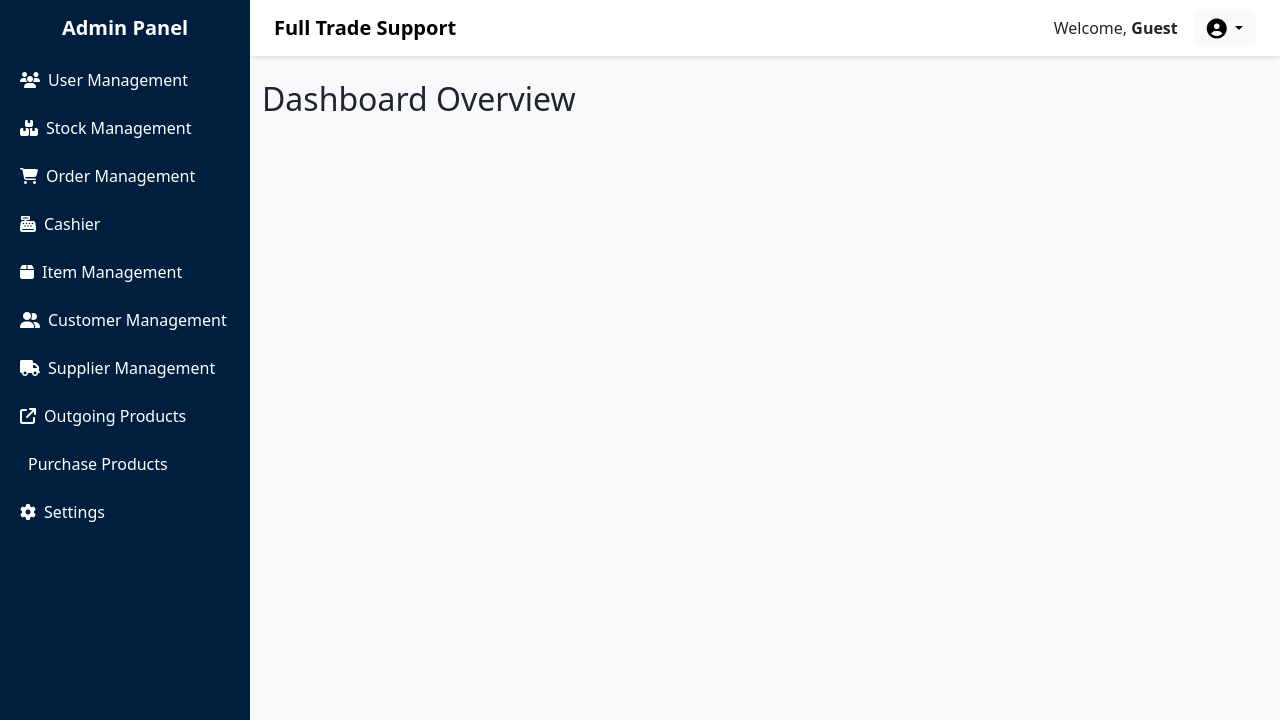
Repository: LakviduUpasara/onlineSparePartsManagementSystem
Page: http://localhost/Spare_parts_Management_Systems/Nav.jsp
The author's editor kept a copy of each file at every save. The page is drawn from the files as they stood at one save, then again after the next save.
The browser window is 1280 px wide. The pictures show the whole page.
The page is served by Tomcat 9. Other server files are loaded and not shown.

Above is the page before, as saved 2025-05-13 19:04:09.

### Project/Project/Spare_parts_Management_Systems/src/main/webapp/Nav.jsp
<!DOCTYPE html>
<html lang="en">
<head>
  <meta charset="UTF-8">
  <title>Full Trade Support Dashboard</title>
  <link href="https://cdn.jsdelivr.net/npm/bootstrap@5.3.2/dist/css/bootstrap.min.css" rel="stylesheet">
  <link href="https://cdnjs.cloudflare.com/ajax/libs/font-awesome/6.5.0/css/all.min.css" rel="stylesheet">
  <style>
    body {
      display: flex;
      min-height: 100vh;
      overflow-x: hidden;
    }
    .sidebar {
      width: 250px;
      background-color: #001f3f;
      color: #fff;
      flex-shrink: 0;
      padding-top: 1rem;
    }
    .sidebar a {
      display: block;
      padding: 12px 20px;
      color: #fff;
      text-decoration: none;
      transition: background 0.3s;
    }
    .sidebar a:hover {
      background-color: #003366;
    }
    .sidebar h5 {
      text-align: center;
      margin-bottom: 1rem;
      font-weight: bold;
    }
    .main-content {
      flex-grow: 1;
      background: #f8f9fa;
    }
    .navbar {
      background-color: #ffffff;
      box-shadow: 0 2px 4px rgba(0,0,0,0.1);
    }
  </style>
</head>
<body>

  <!-- Sidebar -->
  <div class="sidebar">
    <h5>Admin Panel</h5>
    <a href="GetAllServlet"><i class="fas fa-users me-2"></i>User Management</a>
    <a href="#"><i class="fas fa-boxes me-2"></i>Stock Management</a>
    <a href="#"><i class="fas fa-shopping-cart me-2"></i>Order Management</a>
    <a href="#"><i class="fas fa-cash-register me-2"></i>Cashier</a>
    <a href="#"><i class="fas fa-box me-2"></i>Item Management</a>
    <a href="#"><i class="fas fa-user-friends me-2"></i>Customer Management</a>
    <a href="supplier-list"><i class="fas fa-truck me-2"></i>Supplier Management</a>
    <a href="#"><i class="fas fa-arrow-up-right-from-square me-2"></i>Outgoing Products</a>
    <a href="#"><i class="fas fa-arrow-down-to-line me-2"></i>Purchase Products</a>
    <a href="#" data-bs-toggle="collapse" data-bs-target="#settingsMenu"><i class="fas fa-gear me-2"></i>Settings</a>
    <div class="collapse ms-3" id="settingsMenu">
      <a href="profile.jsp" class="d-block mt-1"><i class="fas fa-id-badge me-2"></i>Profile Settings</a>
      <a href="#" class="d-block mt-1"><i class="fas fa-lock me-2"></i>Change Password</a>
      <a href="#" class="d-block mt-1"><i class="fas fa-sliders-h me-2"></i>System Preferences</a>
    </div>
  </div>

  <!-- Main Content -->
  <div class="main-content w-100">
    <nav class="navbar navbar-expand-lg navbar-light px-4">
      <a class="navbar-brand fw-bold" href="#">Full Trade Support</a>
      <div class="ms-auto d-flex align-items-center">
        <!-- Show user name from session -->
        <span class="me-3">
          Welcome, <strong><%= session.getAttribute("userName") != null ? session.getAttribute("userName") : "Guest" %></strong>
        </span>
        <div class="dropdown">
          <a class="btn btn-light dropdown-toggle" href="#" role="button" data-bs-toggle="dropdown">
            <i class="fas fa-user-circle fa-lg"></i>
          </a>
          <ul class="dropdown-menu dropdown-menu-end">
            <li><a class="dropdown-item" href="profile.jsp"><i class="fas fa-id-badge me-2"></i>Profile</a></li>
            <li><a class="dropdown-item" href="#"><i class="fas fa-cogs me-2"></i>Settings</a></li>
            <li><hr class="dropdown-divider"></li>
            <li><a class="dropdown-item text-danger" href="logout.jsp"><i class="fas fa-sign-out-alt me-2"></i>Logout</a></li>
          </ul>
        </div>
      </div>
    </nav>

    <!-- Page content -->
    <div class="container mt-4">
      <h2>Dashboard Overview</h2>
      <!-- Add dashboard content here -->
    </div>
  </div>

  <script src="https://cdn.jsdelivr.net/npm/bootstrap@5.3.2/dist/js/bootstrap.bundle.min.js"></script>
</body>
</html>

After the next save:
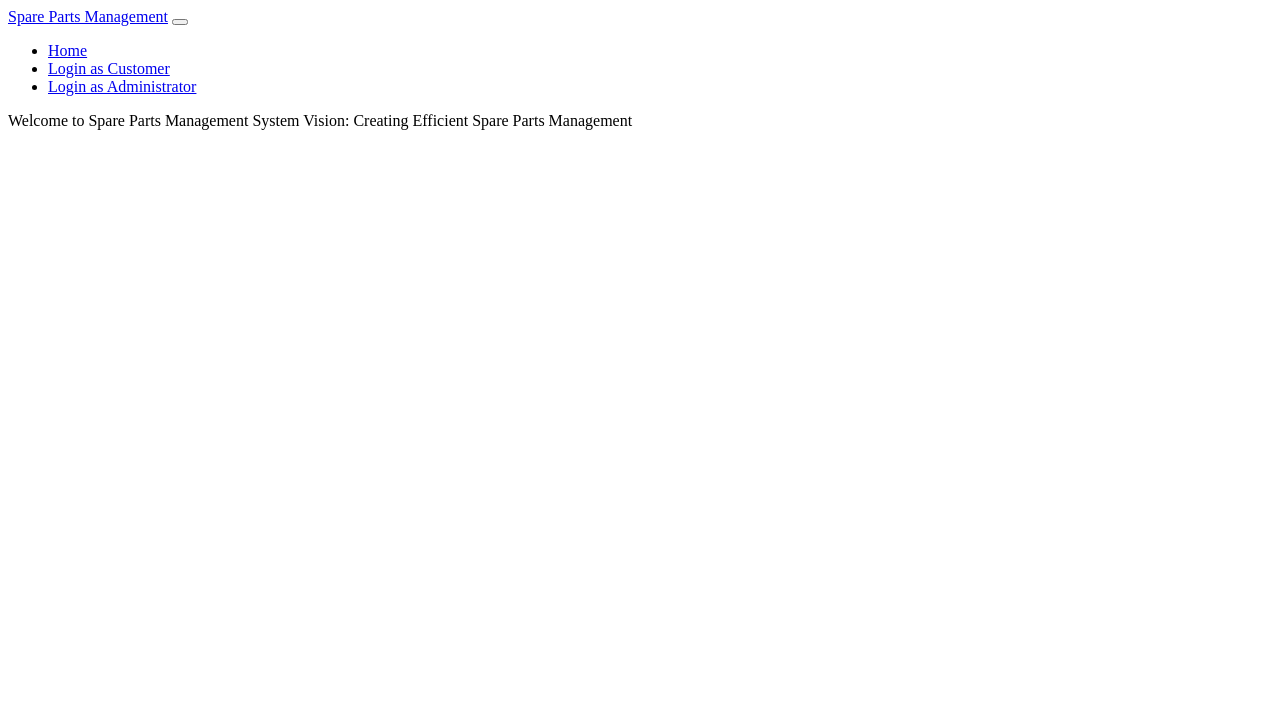
Saved 7 min 26 s later.
--- a/Project/Project/Spare_parts_Management_Systems/src/main/webapp/Nav.jsp
+++ b/Project/Project/Spare_parts_Management_Systems/src/main/webapp/Nav.jsp
@@ -1,100 +1,27 @@
-<!DOCTYPE html>
-<html lang="en">
-<head>
-  <meta charset="UTF-8">
-  <title>Full Trade Support Dashboard</title>
-  <link href="https://cdn.jsdelivr.net/npm/bootstrap@5.3.2/dist/css/bootstrap.min.css" rel="stylesheet">
-  <link href="https://cdnjs.cloudflare.com/ajax/libs/font-awesome/6.5.0/css/all.min.css" rel="stylesheet">
-  <style>
-    body {
-      display: flex;
-      min-height: 100vh;
-      overflow-x: hidden;
-    }
-    .sidebar {
-      width: 250px;
-      background-color: #001f3f;
-      color: #fff;
-      flex-shrink: 0;
-      padding-top: 1rem;
-    }
-    .sidebar a {
-      display: block;
-      padding: 12px 20px;
-      color: #fff;
-      text-decoration: none;
-      transition: background 0.3s;
-    }
-    .sidebar a:hover {
-      background-color: #003366;
-    }
-    .sidebar h5 {
-      text-align: center;
-      margin-bottom: 1rem;
-      font-weight: bold;
-    }
-    .main-content {
-      flex-grow: 1;
-      background: #f8f9fa;
-    }
-    .navbar {
-      background-color: #ffffff;
-      box-shadow: 0 2px 4px rgba(0,0,0,0.1);
-    }
-  </style>
-</head>
-<body>
+<!-- Nav.jsp (Only include the navigation bar HTML) -->
+<nav class="navbar navbar-expand-lg navbar-light bg-light shadow-sm px-4">
+  <a class="navbar-brand fw-bold text-primary" href="#">Spare Parts Management</a>
+  <button class="navbar-toggler" type="button" data-bs-toggle="collapse" data-bs-target="#navbarNav">
+    <span class="navbar-toggler-icon"></span>
+  </button>
 
-  <!-- Sidebar -->
-  <div class="sidebar">
-    <h5>Admin Panel</h5>
-    <a href="GetAllServlet"><i class="fas fa-users me-2"></i>User Management</a>
-    <a href="#"><i class="fas fa-boxes me-2"></i>Stock Management</a>
-    <a href="#"><i class="fas fa-shopping-cart me-2"></i>Order Management</a>
-    <a href="#"><i class="fas fa-cash-register me-2"></i>Cashier</a>
-    <a href="#"><i class="fas fa-box me-2"></i>Item Management</a>
-    <a href="#"><i class="fas fa-user-friends me-2"></i>Customer Management</a>
-    <a href="supplier-list"><i class="fas fa-truck me-2"></i>Supplier Management</a>
-    <a href="#"><i class="fas fa-arrow-up-right-from-square me-2"></i>Outgoing Products</a>
-    <a href="#"><i class="fas fa-arrow-down-to-line me-2"></i>Purchase Products</a>
-    <a href="#" data-bs-toggle="collapse" data-bs-target="#settingsMenu"><i class="fas fa-gear me-2"></i>Settings</a>
-    <div class="collapse ms-3" id="settingsMenu">
-      <a href="profile.jsp" class="d-block mt-1"><i class="fas fa-id-badge me-2"></i>Profile Settings</a>
-      <a href="#" class="d-block mt-1"><i class="fas fa-lock me-2"></i>Change Password</a>
-      <a href="#" class="d-block mt-1"><i class="fas fa-sliders-h me-2"></i>System Preferences</a>
-    </div>
+  <div class="collapse navbar-collapse" id="navbarNav">
+    <ul class="navbar-nav me-auto">
+      <li class="nav-item">
+        <a class="nav-link active" href="home.jsp">Home</a>
+      </li>
+      <li class="nav-item">
+        <a class="nav-link" href="login-customer.jsp">Login as Customer</a>
+      </li>
+      <li class="nav-item">
+        <a class="nav-link" href="login-admin.jsp">Login as Administrator</a>
+      </li>
+    </ul>
+    <span class="navbar-text text-muted me-4">
+      Welcome to Spare Parts Management System
+    </span>
+    <span class="navbar-text text-dark fw-semibold">
+      Vision: Creating Efficient Spare Parts Management
+    </span>
   </div>
-
-  <!-- Main Content -->
-  <div class="main-content w-100">
-    <nav class="navbar navbar-expand-lg navbar-light px-4">
-      <a class="navbar-brand fw-bold" href="#">Full Trade Support</a>
-      <div class="ms-auto d-flex align-items-center">
-        <!-- Show user name from session -->
-        <span class="me-3">
-          Welcome, <strong><%= session.getAttribute("userName") != null ? session.getAttribute("userName") : "Guest" %></strong>
-        </span>
-        <div class="dropdown">
-          <a class="btn btn-light dropdown-toggle" href="#" role="button" data-bs-toggle="dropdown">
-            <i class="fas fa-user-circle fa-lg"></i>
-          </a>
-          <ul class="dropdown-menu dropdown-menu-end">
-            <li><a class="dropdown-item" href="profile.jsp"><i class="fas fa-id-badge me-2"></i>Profile</a></li>
-            <li><a class="dropdown-item" href="#"><i class="fas fa-cogs me-2"></i>Settings</a></li>
-            <li><hr class="dropdown-divider"></li>
-            <li><a class="dropdown-item text-danger" href="logout.jsp"><i class="fas fa-sign-out-alt me-2"></i>Logout</a></li>
-          </ul>
-        </div>
-      </div>
-    </nav>
-
-    <!-- Page content -->
-    <div class="container mt-4">
-      <h2>Dashboard Overview</h2>
-      <!-- Add dashboard content here -->
-    </div>
-  </div>
-
-  <script src="https://cdn.jsdelivr.net/npm/bootstrap@5.3.2/dist/js/bootstrap.bundle.min.js"></script>
-</body>
-</html>
+</nav>
